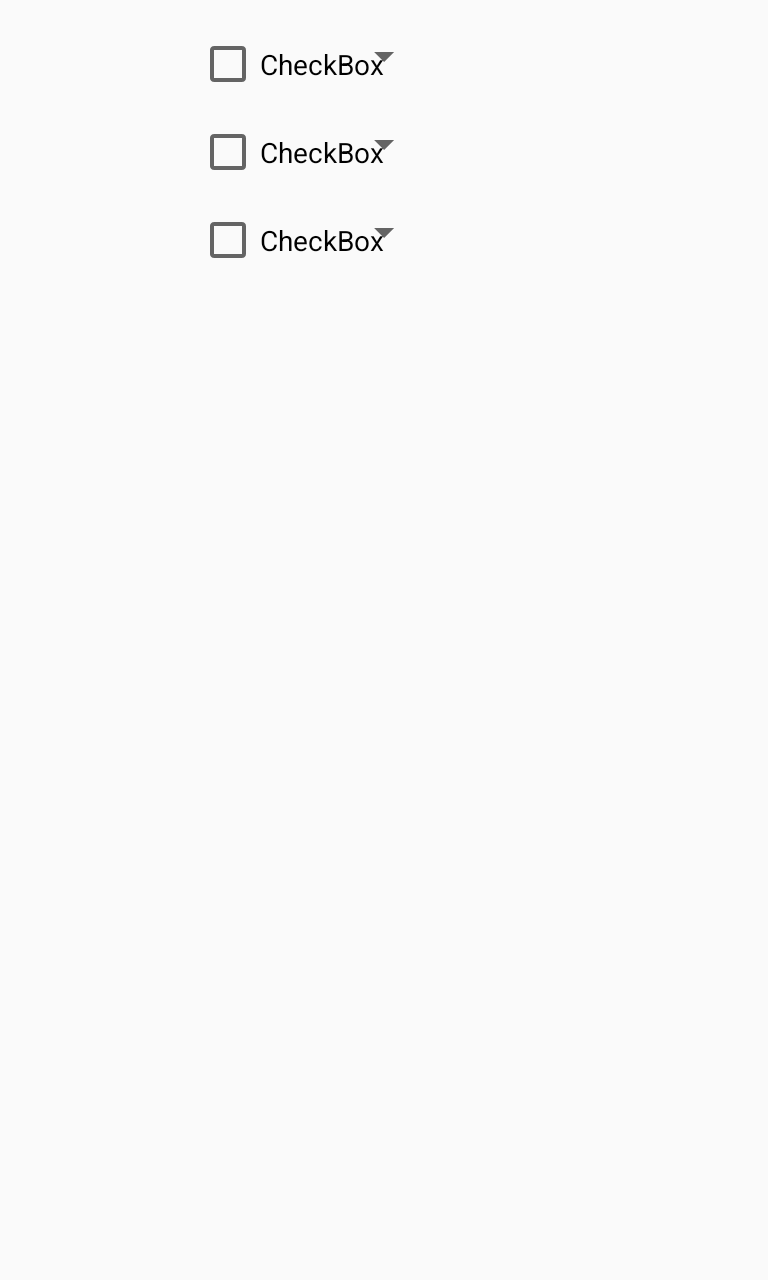
Repository: wisingd/Dajoroli
Layout: Workspace/SplitIt/res/layout/fragment_add_attenders.xml
An editor plug-in stored every save of this project. The layout is shown before and after the next save, followed by the edit.
It is drawn on a 768 x 1280 px phone screen (xhdpi) without system bars, with theme AppTheme; the app's code is not run.

Above is the layout before, as saved 2014-05-17 13:36:07.

After the next save:
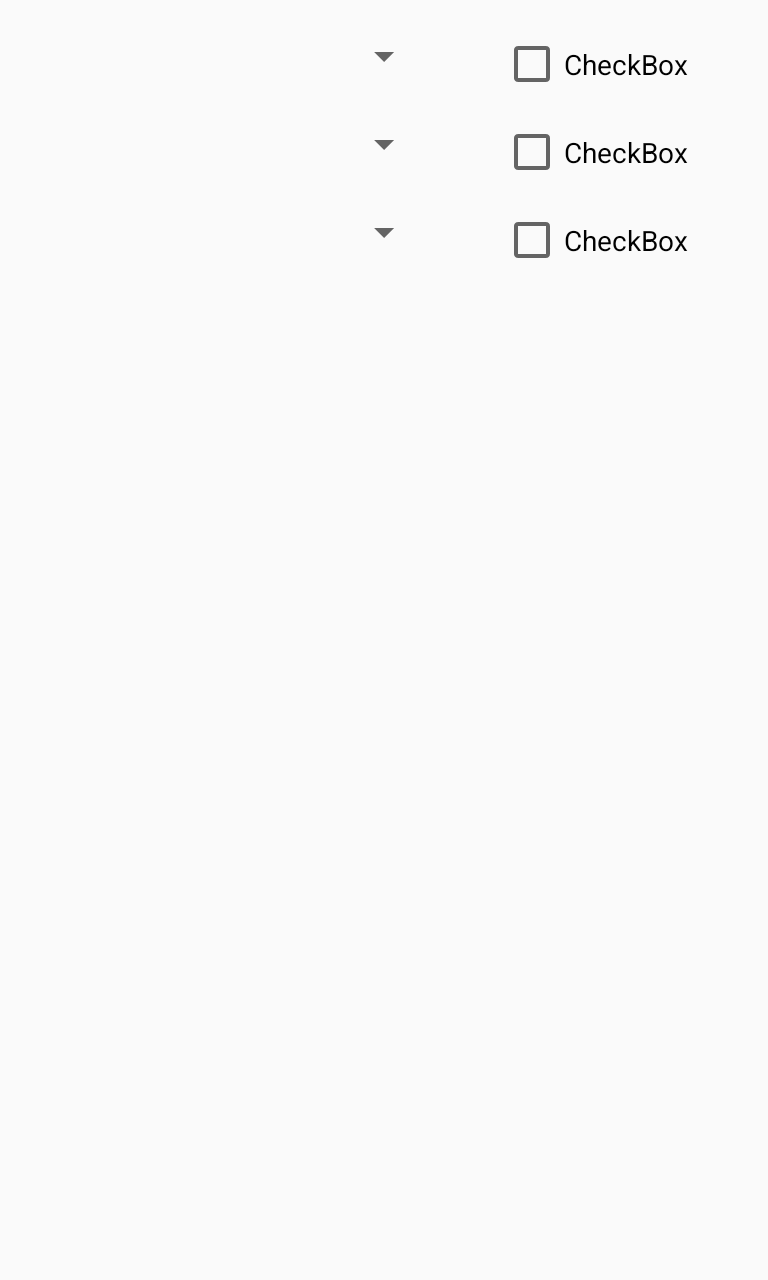
Saved 34 s later.
--- a/Workspace/SplitIt/res/layout/fragment_add_attenders.xml
+++ b/Workspace/SplitIt/res/layout/fragment_add_attenders.xml
@@ -33,7 +33,7 @@
         android:id="@+id/checkBox1"
         android:layout_width="wrap_content"
         android:layout_height="wrap_content"
-        android:layout_alignRight="@+id/spinner1"
+        android:layout_alignParentRight="true"
         android:layout_alignTop="@+id/spinner1"
         android:layout_marginRight="24dp"
         android:text="CheckBox" />
